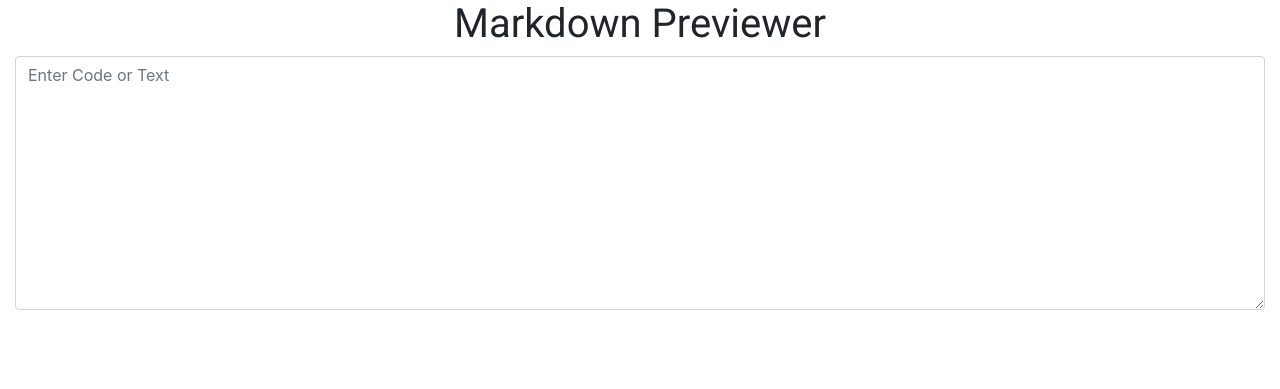
Repository: derektypist/markdown-previewer
Page: index.html
The author's editor kept a record of every edit. The page is drawn from the files as they stood at one moment, then again after the next edit.
The browser window is 1280 px wide. The pictures show the whole page.

Above is the page before.

After the next edit:
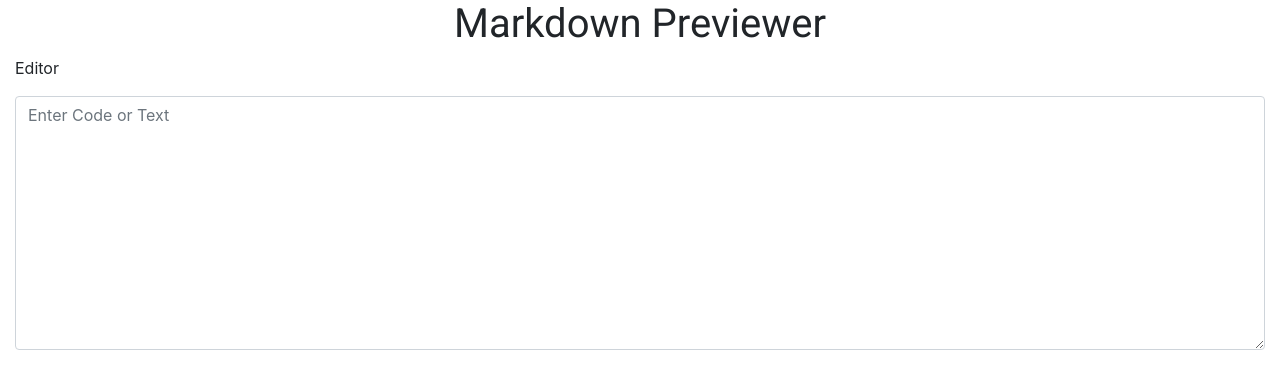
The edit:
--- a/index.html
+++ b/index.html
@@ -32,7 +32,11 @@
     <section class="container-fluid">
         <!-- Set Up Editor -->
         <article>
-            <textarea class="form-control" id="editor" rows="10" placeholder="Enter Code or Text"></textarea>
+            <p>Editor</p>
+            <form>
+                <textarea class="form-control" id="editor" rows="10" placeholder="Enter Code or Text"></textarea>
+            </form>
+
         </article>
     </section>
 </body>
